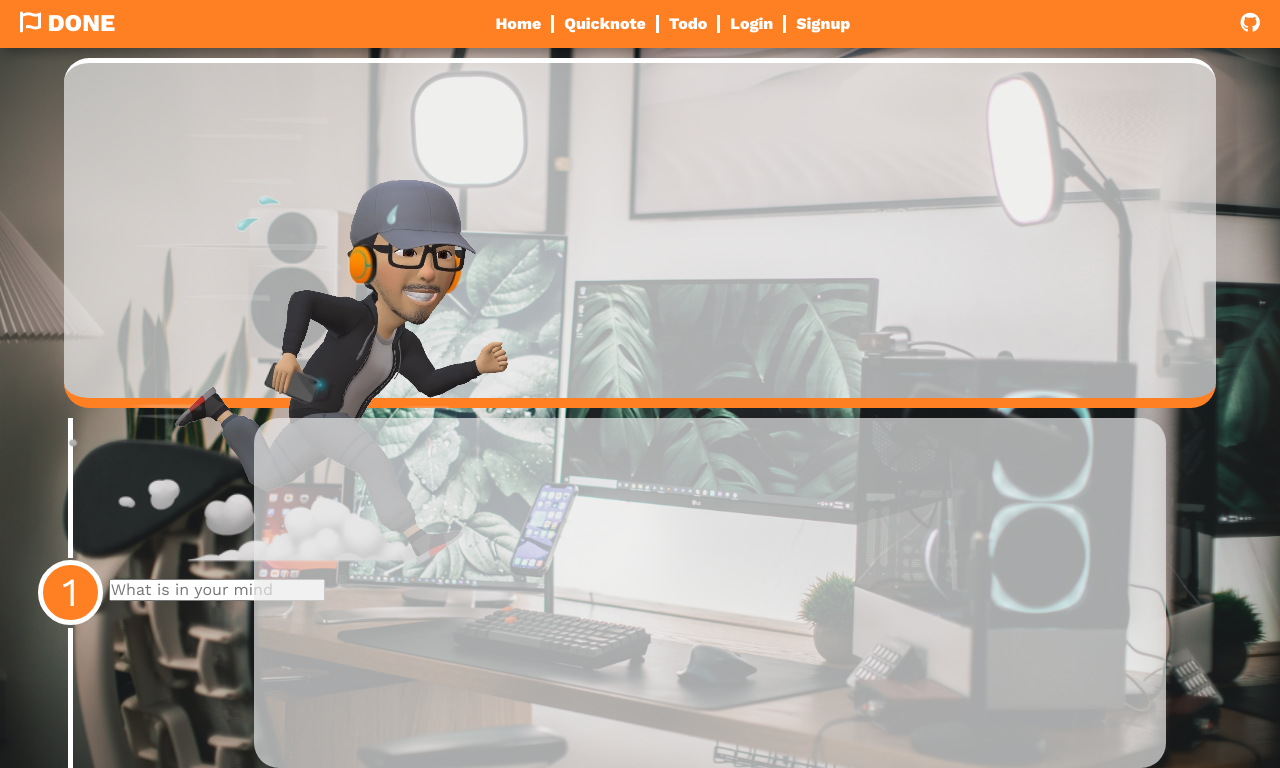
Repository: OmarEssameldinMousa/DONE
Page: quicknote.html
The author's editor kept a copy of each file at every save. The page is drawn from the files as they stood at one save, then again after the next save.
The browser window is 1280 px wide. The pictures show the whole page.
Backgrounds fixed to the window are drawn as part of the page. Some web fonts or font styles are not loaded; a fallback is used.

Above is the page before, as saved 2023-12-18 01:20:21.

After the next save:
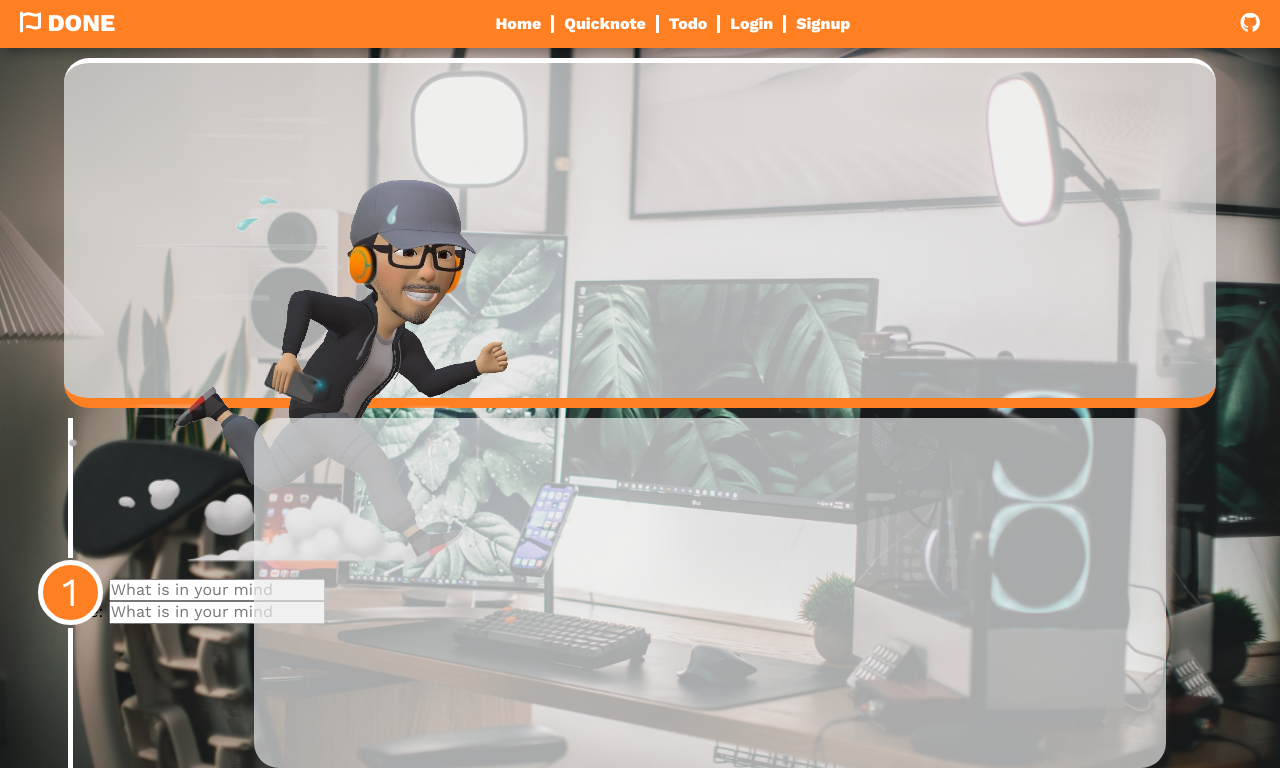
Saved 51 s later.
--- a/quicknote.html
+++ b/quicknote.html
@@ -56,7 +56,11 @@
             <div class="container1 container1addnote">
                 <img src="images/omar4.png" alt="">
                 <div class="inputfield">
-                    <div class="title">
+                    <div class="inputtitle">
+                        <label for="notetitle">Title:</label>
+                        <input type="text" name="title" id="notetitle" placeholder="What is in your mind">
+                    </div>
+                    <div class="inputnote">
                         <label for="notetitle">Title:</label>
                         <input type="text" name="title" id="notetitle" placeholder="What is in your mind">
                     </div>
